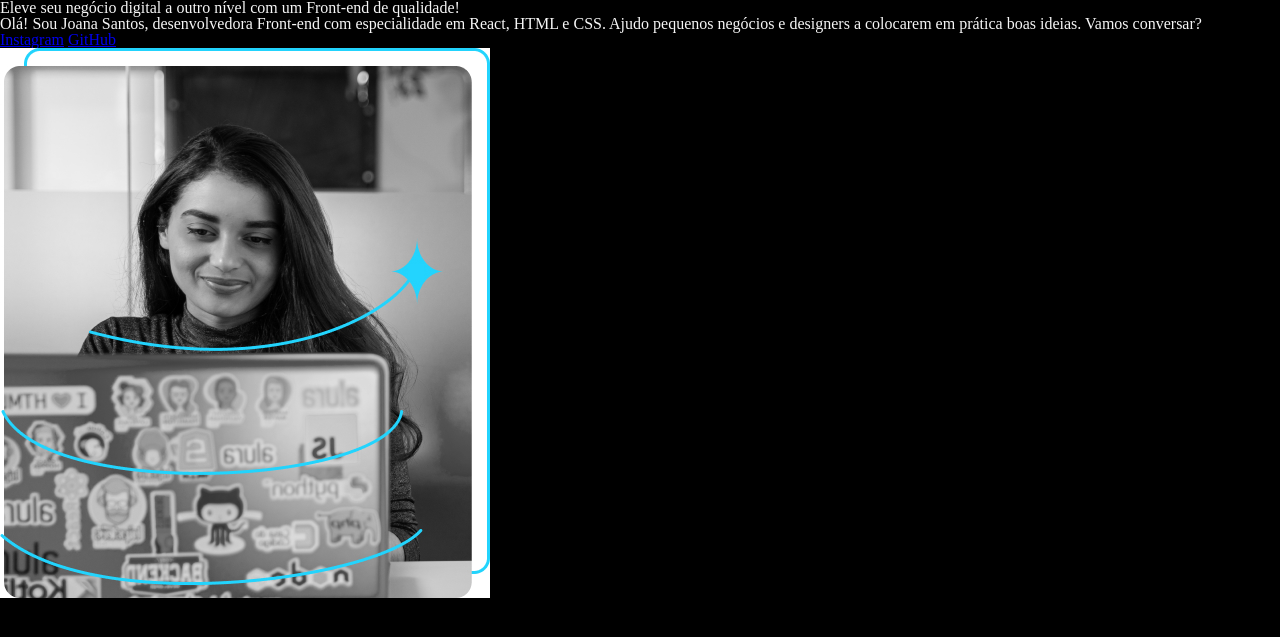
Repository: joaoPraiaJunior/html-basico
Page: index.html
The author's editor kept a copy of each file at every save. The page is drawn from the files as they stood at one save, then again after the next save.
The browser window is 1280 px wide. The pictures show the whole page.

Above is the page before, as saved 2024-06-01 18:03:41.

### index.html
<!DOCTYPE html>
<html lang="pt-BR" dir="ltr">
  <head>
    <meta charset="UTF-8" />
    <meta http-equiv="X-UA-Compatible" content="IE=edge" />
    <meta name="viewport" content="width=device-width, initial-scale=1.0" />
    <title>Portifólio</title>
    <link rel="stylesheet" href="css/reset.css" />
    <link rel="stylesheet" href="css/style.css" />
  </head>
  <body>
    <header></header>
    <main class="apresentacao">
      <section>
        <h1>
          Eleve seu negócio digital a outro nível com um Front-end de qualidade!
        </h1>
        <p>
          Olá! Sou Joana Santos, desenvolvedora Front-end com especialidade em
          React, HTML e CSS. Ajudo pequenos negócios e designers a colocarem em
          prática boas ideias. Vamos conversar?
        </p>
        <a href="https://www.instagram.com/joaopraiajunior/">Instagram</a>
        <a href="https://github.com/joaoPraiaJunior">GitHub</a>
      </section>
      <section>
        <img src="images/Imagem.jpg" alt="foto da joana santos programando!" />
      </section>
    </main>
    <footer></footer>
  </body>
</html>

### css/reset.css
/* http://meyerweb.com/eric/tools/css/reset/
   v2.0 | 20110126
   License: none (public domain)
*/

* {
    box-sizing: border-box;
}

html, body, div, span, applet, object, iframe,
h1, h2, h3, h4, h5, h6, p, blockquote, pre,
a, abbr, acronym, address, big, cite, code,
del, dfn, em, img, ins, kbd, q, s, samp,
small, strike, strong, sub, sup, tt, var,
b, u, i, center,
dl, dt, dd, ol, ul, li,
fieldset, form, label, legend,
table, caption, tbody, tfoot, thead, tr, th, td,
article, aside, canvas, details, embed,
figure, figcaption, footer, header, hgroup,
menu, nav, output, ruby, section, summary,
time, mark, audio, video {
	margin: 0;
	padding: 0;
	border: 0;
	font-size: 100%;
	font: inherit;
	vertical-align: baseline;
}
/* HTML5 display-role reset for older browsers */
article, aside, details, figcaption, figure,
footer, header, hgroup, menu, nav, section {
	display: block;
}
body {
	line-height: 1;
}
ol, ul {
	list-style: none;
}
blockquote, q {
	quotes: none;
}
blockquote:before, blockquote:after,
q:before, q:after {
	content: '';
	content: none;
}
table {
	border-collapse: collapse;
	border-spacing: 0;
}

### css/style.css
body {
  color: #f6f6f6;
  background-color: #000;
  height: 100vh;
}

.titulo-destaque {
  color: #22d4fd;
}

After the next save:
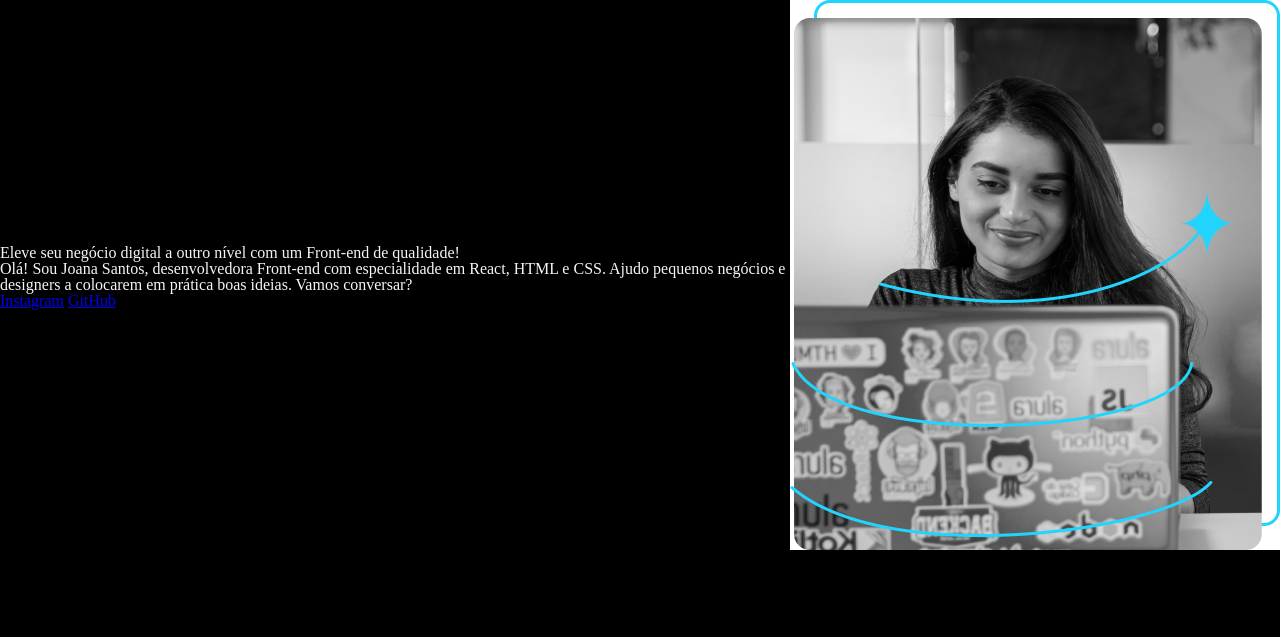
Saved 29 s later.
--- a/css/style.css
+++ b/css/style.css
@@ -7,3 +7,9 @@
 .titulo-destaque {
   color: #22d4fd;
 }
+
+.apresentacao {
+  display: flex;
+  justify-content: center;
+  align-items: center;
+}
